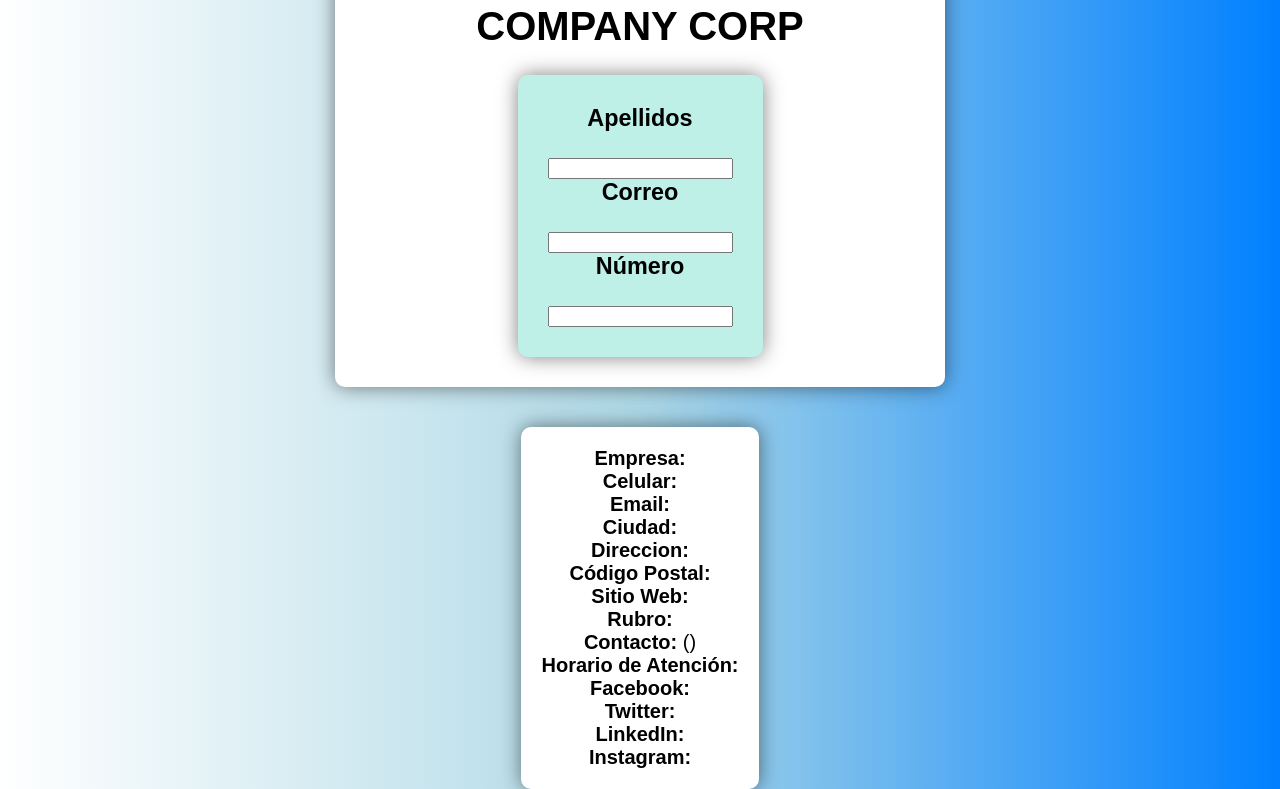
Repository: ANGELEDU141/TAREAWEBEWJASJDASJ
Page: http://localhost/JAVAWEBTAREA/WEB-INF/views/contenido.jsp
These files come from the project's save history. The page is drawn as it stood at one moment and after the next save; the edit follows.
The browser window is 1280 px wide. The pictures show the whole page.
The page is served by Tomcat 9. Nobody is signed in. The template is opened directly, without the code that normally fills it, so the values that code supplies are empty.

Above is the page before, as saved 2024-09-01 10:09:57.

After the next save:
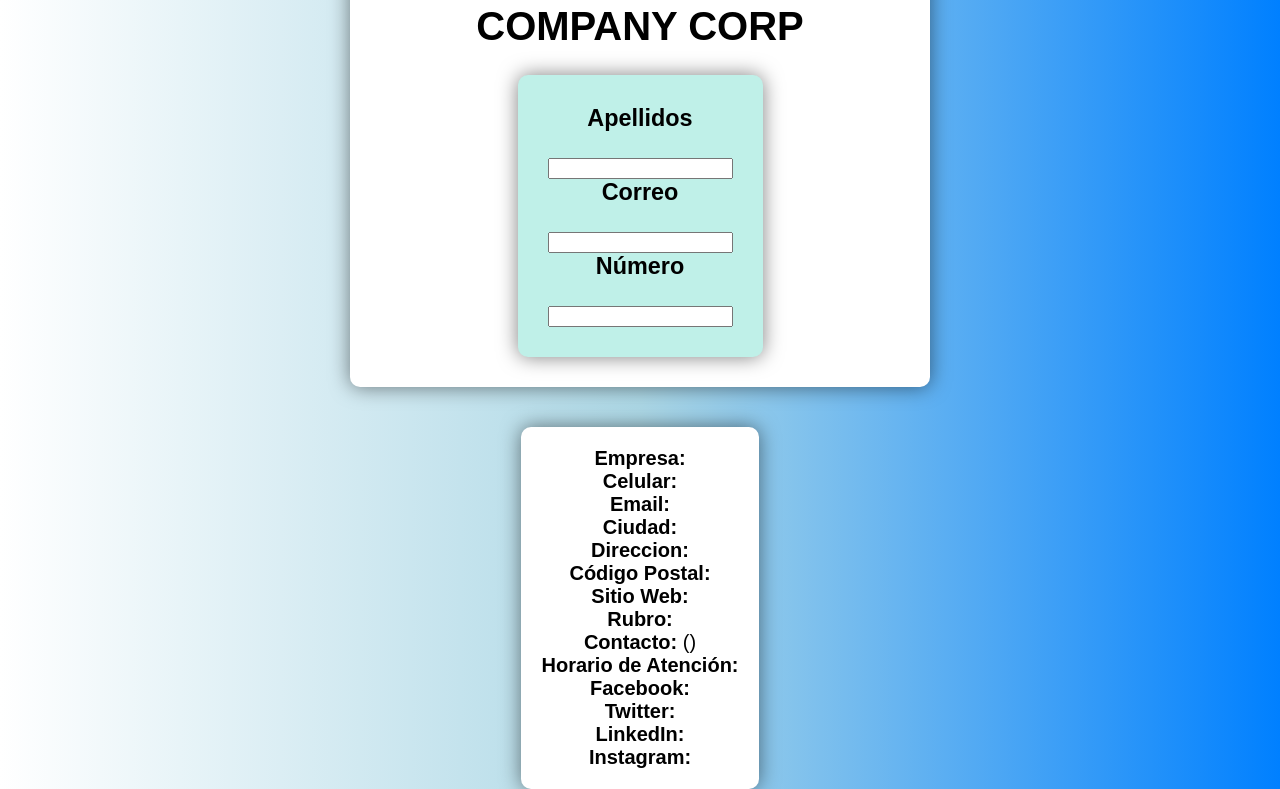
Saved 13 s later.
--- a/JAVAWEBTAREA/src/main/webapp/WEB-INF/views/contenido.jsp
+++ b/JAVAWEBTAREA/src/main/webapp/WEB-INF/views/contenido.jsp
@@ -22,7 +22,7 @@
     }
     .container {
 
-    	width:550px;
+    	width:520px;
 
         max-width: 600px;
         display:flex;
